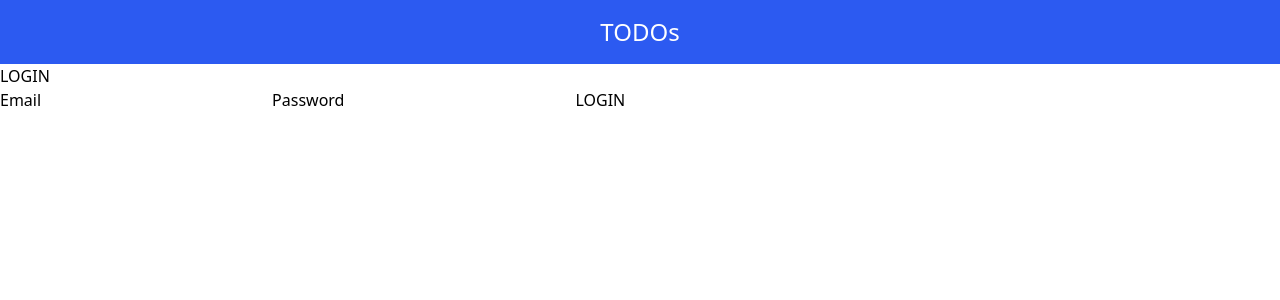
Repository: Jay-JYKim91/wanted-pre-onboarding-challenge-fe-1
Page: /auth
These files come from the project's save history. The page is drawn as it stood at one moment and after the next save; the edit follows.
The browser window is 1280 px wide. The pictures show the whole page.
The project was rebuilt for these pictures with package versions that can differ from the ones it lists, and the page was loaded fresh each time.

Above is the page before, as saved 2022-07-29 19:47:26.

After the next save:
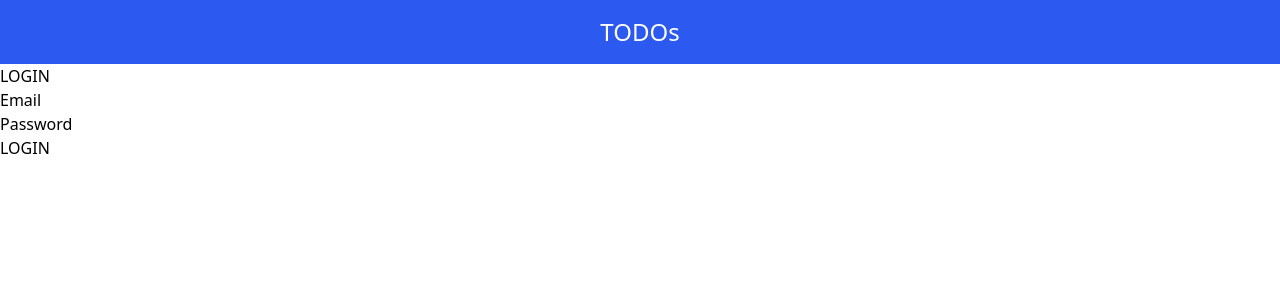
Saved 36 s later.
--- a/src/page/Auth.tsx
+++ b/src/page/Auth.tsx
@@ -6,10 +6,15 @@ function Auth() {
       <div>
         <h1>LOGIN</h1>
         <form>
-          <label htmlFor="emailForLogin">Email</label>
-          <input type="email" id="emailForLogin" />
-          <label htmlFor="passwordForLogin">Password</label>
-          <input type="password" id="passwordForLogin" />
+          <div>
+            <label htmlFor="emailForLogin">Email</label>
+            <input type="email" id="emailForLogin" />
+          </div>
+          <div>
+            <label htmlFor="passwordForLogin">Password</label>
+            <input type="password" id="passwordForLogin" />
+          </div>
+
           <button type="button">LOGIN</button>
         </form>
       </div>
